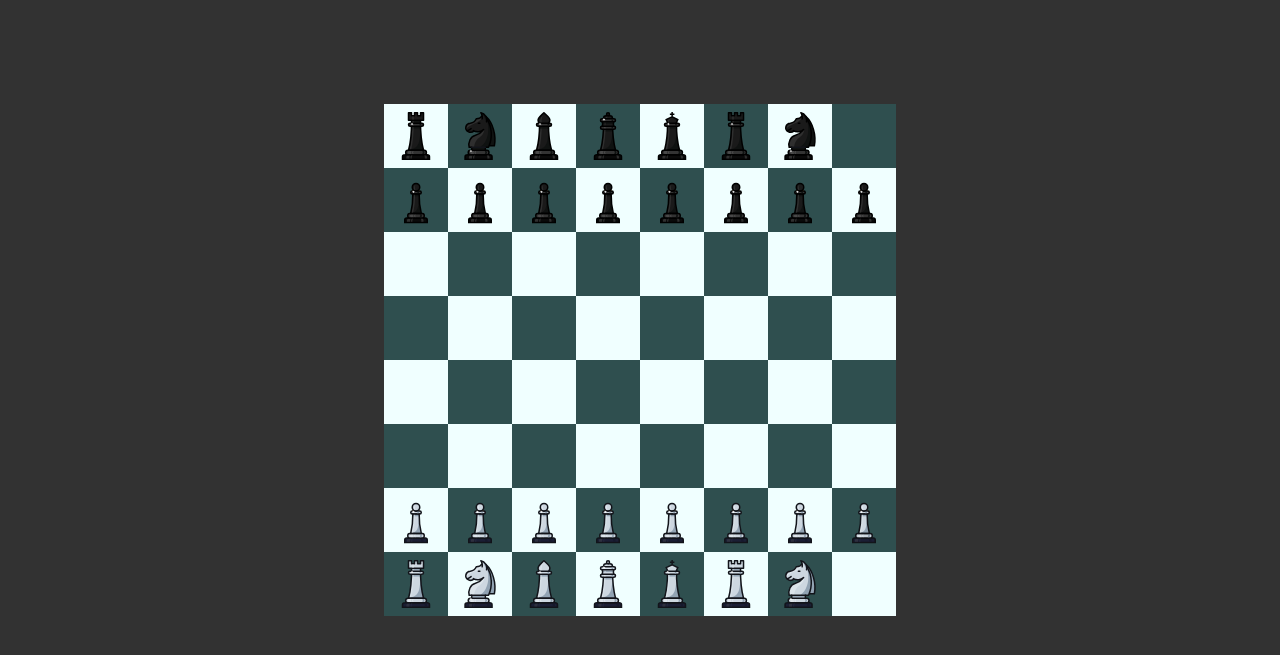
Repository: Mirsmog/react-chess
Page: /
These files come from the project's save history. The page is drawn as it stood at one moment and after the next save; the edit follows.
The browser window is 1280 px wide. The pictures show the whole page.
The project was rebuilt for these pictures with package versions that can differ from the ones it lists, and the page was loaded fresh each time. Also part of the build but not shown: vite.config.ts.

Above is the page before, as saved 2023-10-28 14:58:08.

### src/App.tsx
import BoardComponent from '@/components/BoardComponent';
import { Board } from './models/Board';
import React from 'react';

const App = () => {
  const [board, setBoard] = React.useState(new Board());

  React.useEffect(() => {
    restart();
  }, []);

  function restart() {
    const newBoard = new Board();
    newBoard.initCells();
    newBoard.addFigures()
    setBoard(newBoard);
  }
  return (
    <div className='app'>
      <BoardComponent board={board} setBoard={setBoard} />
    </div>
  );
};

export default App;

### src/index.css
:root {
  --sell-size: 64px;
}

* {
  margin: 0;
  padding: 0;
}

.app {
  background-color: #323232;
  width: 100vw;
  height: 100vh;
  display: flex;
  justify-content: center;
  align-items: center;
}

.board {
  display: flex;
  width: calc(var(--sell-size) * 8);
  height: calc(var(--sell-size) * 8);
  flex-wrap: wrap;
}

.cell {
  width: var(--sell-size);
  height: var(--sell-size);
  display: flex;
  justify-content: center;
  align-items: center;
}

.cell img {
  width: 48px;
  height: 48px;
  position: relative;
}

img[src*="/src/assets/pawn-white.svg"],
img[src*="/src/assets/pawn-black.svg"] {
  /* transform: scale(1.18); */
  transform: translateY(3px);
}

.black {
  background-color: darkslategrey;
}

.white {
  background-color: azure;
}

### src/components/BoardComponent.tsx
import { Board } from '@/models/Board';
import React from 'react';
import CellComponent from './CellComponent';

type Props = {
  board: Board;
  setBoard: (board: Board) => void;
};

const BoardComponent: React.FC<Props> = ({ board, setBoard }) => {
  return (
    <div className='board'>
      {board.cells.map((row, index) => (
        <React.Fragment key={index}>
          {row.map((cell) => (
            <CellComponent key={cell.id} cell={cell} />
          ))}
        </React.Fragment>
      ))}
    </div>
  );
};

export default BoardComponent;

### src/models/Board.ts
import { Cell } from './Cell';
import { Colors } from './Colors';
import { Bishop } from './figures/Bishop';
import { King } from './figures/King';
import { Knight } from './figures/Knight';
import { Pawn } from './figures/Pawn';
import { Queen } from './figures/Queen';
import { Rook } from './figures/Rook';

export class Board {
  cells: Cell[][] = [];

  public initCells() {
    for (let i = 0; i < 8; i++) {
      const row: Cell[] = [];
      for (let j = 0; j < 8; j++) {
        if ((i + j) % 2 !== 0) {
          row.push(new Cell(this, j, i, Colors.BLACK, null)); // black
        } else {
          row.push(new Cell(this, j, i, Colors.WHITE, null)); // white
        }
      }
      this.cells.push(row);
    }
  }
  public getCell(x: number, y: number) {
    return this.cells[y][x];
  }

  private addPawns() {
    for (let i = 0; i < 8; i++) {
      new Pawn(Colors.BLACK, this.getCell(i, 1));
      new Pawn(Colors.WHITE, this.getCell(i, 6));
    }
  }
  private addKings() {
    new King(Colors.BLACK, this.getCell(4, 0));
    new King(Colors.WHITE, this.getCell(4, 7));
  }
  private addQueens() {
    new Queen(Colors.BLACK, this.getCell(3, 0));
    new Queen(Colors.WHITE, this.getCell(3, 7));
  }
  private addBishops() {
    new Bishop(Colors.BLACK, this.getCell(2, 0));
    new Bishop(Colors.BLACK, this.getCell(5, 0));
    new Bishop(Colors.WHITE, this.getCell(2, 7));
    new Bishop(Colors.WHITE, this.getCell(5, 7));
  }
  private addKnights() {
    new Knight(Colors.BLACK, this.getCell(1, 0));
    new Knight(Colors.BLACK, this.getCell(6, 0));
    new Knight(Colors.WHITE, this.getCell(1, 7));
    new Knight(Colors.WHITE, this.getCell(6, 7));
  }
  private addRooks() {
    new Rook(Colors.BLACK, this.getCell(0, 0));
    new Rook(Colors.BLACK, this.getCell(5, 0));
    new Rook(Colors.WHITE, this.getCell(0, 7));
    new Rook(Colors.WHITE, this.getCell(5, 7));
  }

  public addFigures() {
    this.addKings();
    this.addBishops();
    this.addKnights();
    this.addQueens();
    this.addPawns();
    this.addRooks();
  }
}

### src/components/CellComponent.tsx
import { Cell } from '@/models/Cell';
import React from 'react';

type Props = {
  cell: Cell;
};

const CellComponent: React.FC<Props> = ({ cell }) => {
  return (
    <div className={`cell ${cell.color}`}>
      {cell.figure?.logo && (
        <img src={cell.figure.logo} alt={cell.figure.logo} />
      )}
    </div>
  );
};

export default CellComponent;

### src/models/Cell.ts
import { Board } from './Board';
import { Colors } from './Colors';
import { Figure } from './figures/Figure';

export class Cell {
  readonly x: number;
  readonly y: number;
  readonly color: Colors;
  figure: Figure | null;
  board: Board;
  available: boolean;
  id: number;

  constructor(
    board: Board,
    x: number,
    y: number,
    color: Colors,
    figure: Figure | null
  ) {
    this.board = board;
    this.figure = figure;
    this.color = color;
    this.x = x;
    this.y = y;
    this.available = false;
    this.id = Math.random();
  }
}

### src/models/Colors.ts
export enum Colors {
  BLACK = 'black',
  WHITE = 'white',
}

### src/models/figures/Bishop.ts
import { Cell } from '../Cell';
import { Colors } from '../Colors';
import { Figure, FigureName } from './Figure';
import bishopBlack from '@/assets/bishop-black.svg';
import bishopWhite from '@/assets/bishop-white.svg';
export class Bishop extends Figure {
  constructor(color: Colors, cell: Cell) {
    super(color, cell);
    this.logo = color === Colors.BLACK ? bishopBlack : bishopWhite;
    this.name = FigureName.BISHOP
  }
}

### src/models/figures/King.ts
import { Cell } from '../Cell';
import { Colors } from '../Colors';
import { Figure, FigureName } from './Figure';
import kingBlack from '@/assets/king-black.svg';
import kingWhite from '@/assets/king-white.svg';
export class King extends Figure {
  constructor(color: Colors, cell: Cell) {
    super(color, cell);
    this.logo = color === Colors.BLACK ? kingBlack : kingWhite;
    this.name = FigureName.KING
  }
}

### src/models/figures/Knight.ts
import { Cell } from '../Cell';
import { Colors } from '../Colors';
import { Figure, FigureName } from './Figure';
import knightBlack from '@/assets/knight-black.svg';
import knightWhite from '@/assets/knight-white.svg';
export class Knight extends Figure {
  constructor(color: Colors, cell: Cell) {
    super(color, cell);
    this.logo = color === Colors.BLACK ? knightBlack : knightWhite;
    this.name = FigureName.KNIGHT
  }
}

### src/models/figures/Pawn.ts
import { Cell } from '../Cell';
import { Colors } from '../Colors';
import { Figure, FigureName } from './Figure';
import pawnBlack from '@/assets/pawn-black.svg';
import pawnWhite from '@/assets/pawn-white.svg';
export class Pawn extends Figure {
  constructor(color: Colors, cell: Cell) {
    super(color, cell);
    this.logo = color === Colors.BLACK ? pawnBlack : pawnWhite;
    this.name = FigureName.PAWN
  }
}

### src/models/figures/Queen.ts
import { Cell } from '../Cell';
import { Colors } from '../Colors';
import { Figure, FigureName } from './Figure';
import queenBlack from '@/assets/queen-black.svg';
import queenWhite from '@/assets/queen-white.svg';
export class Queen extends Figure {
  constructor(color: Colors, cell: Cell) {
    super(color, cell);
    this.logo = color === Colors.BLACK ? queenBlack : queenWhite;
    this.name = FigureName.QUEEN
  }
}

### src/models/figures/Rook.ts
import { Cell } from '../Cell';
import { Colors } from '../Colors';
import { Figure, FigureName } from './Figure';
import rookBlack from '@/assets/rook-black.svg';
import rookWhite from '@/assets/rook-white.svg';
export class Rook extends Figure {
  constructor(color: Colors, cell: Cell) {
    super(color, cell);
    this.logo = color === Colors.BLACK ? rookBlack : rookWhite;
    this.name = FigureName.ROOK;
  }
}

### src/models/figures/Figure.ts
import { Cell } from '../Cell';
import { Colors } from '../Colors';
import logo from '@/assets/bishop-black.svg';

import queenBlack from '@/assets/queen-black.svg';
import bishopBlack from '@/assets/bishop-black.svg';
import rookBlack from '@/assets/rook-black.svg';
import knightBlack from '@/assets/knight-black.svg';
import pawnBlack from '@/assets/pawn-black.svg';

import queenWhite from '@/assets/queen-white.svg';
import bishopWhite from '@/assets/bishop-white.svg';
import rookWhite from '@/assets/rook-white.svg';
import knightWhite from '@/assets/knight-white.svg';
import pawnWhite from '@/assets/pawn-white.svg';

export enum FigureName {
  FIGURE = 'figure',
  KING = 'king',
  QUEEN = 'queen',
  ROOK = 'rook',
  BISHOP = 'bishop',
  PAWN = 'pawn',
  KNIGHT = 'knight',
}


export class Figure {
  color: Colors;
  logo: typeof logo | null;
  cell: Cell;
  name: FigureName;
  id: number;

  constructor(color: Colors, cell: Cell) {
    this.color = color;
    this.cell = cell;
    this.cell.figure = this;
    this.logo = null;
    this.name = FigureName.FIGURE;
    this.id = Math.random();
  }

  canMove(target: Cell): boolean {
    return true;
  }
  moveFigure(target: Cell) {}
}

Loaded but not shown: index.html (common file); src/main.tsx (common file)

After the next save:
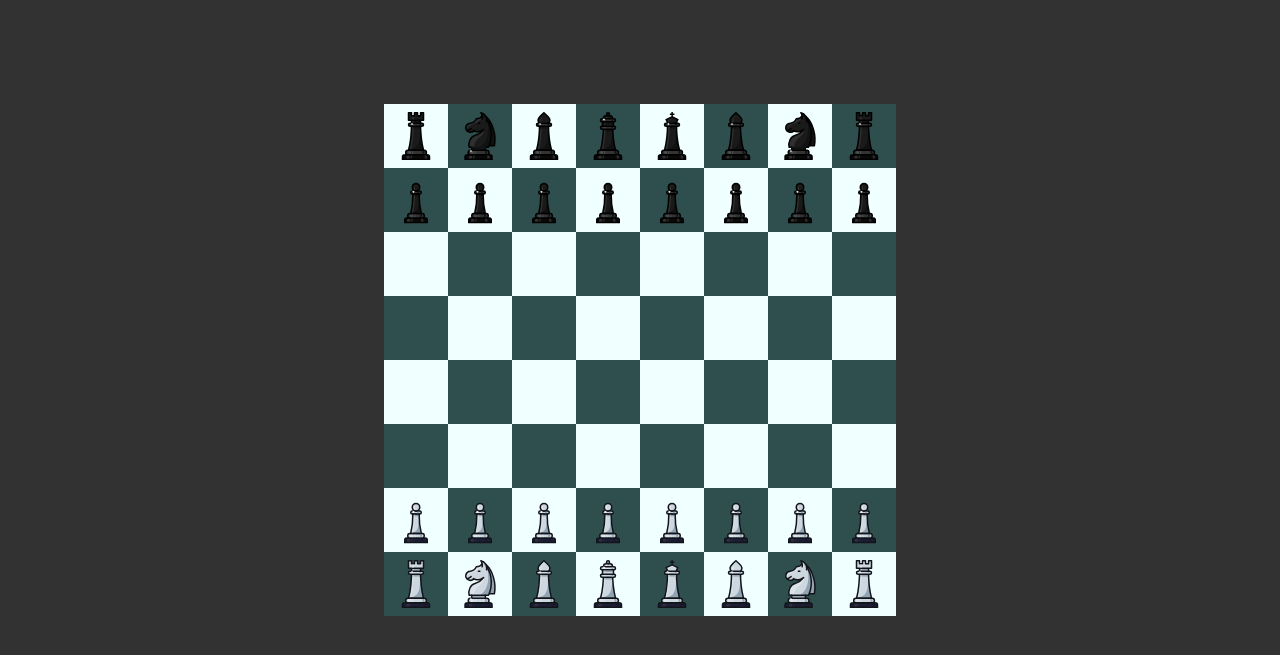
Saved 11 s later.
--- a/src/models/Board.ts
+++ b/src/models/Board.ts
@@ -55,9 +55,9 @@ export class Board {
   }
   private addRooks() {
     new Rook(Colors.BLACK, this.getCell(0, 0));
-    new Rook(Colors.BLACK, this.getCell(5, 0));
+    new Rook(Colors.BLACK, this.getCell(7, 0));
     new Rook(Colors.WHITE, this.getCell(0, 7));
-    new Rook(Colors.WHITE, this.getCell(5, 7));
+    new Rook(Colors.WHITE, this.getCell(7, 7));
   }
 
   public addFigures() {
